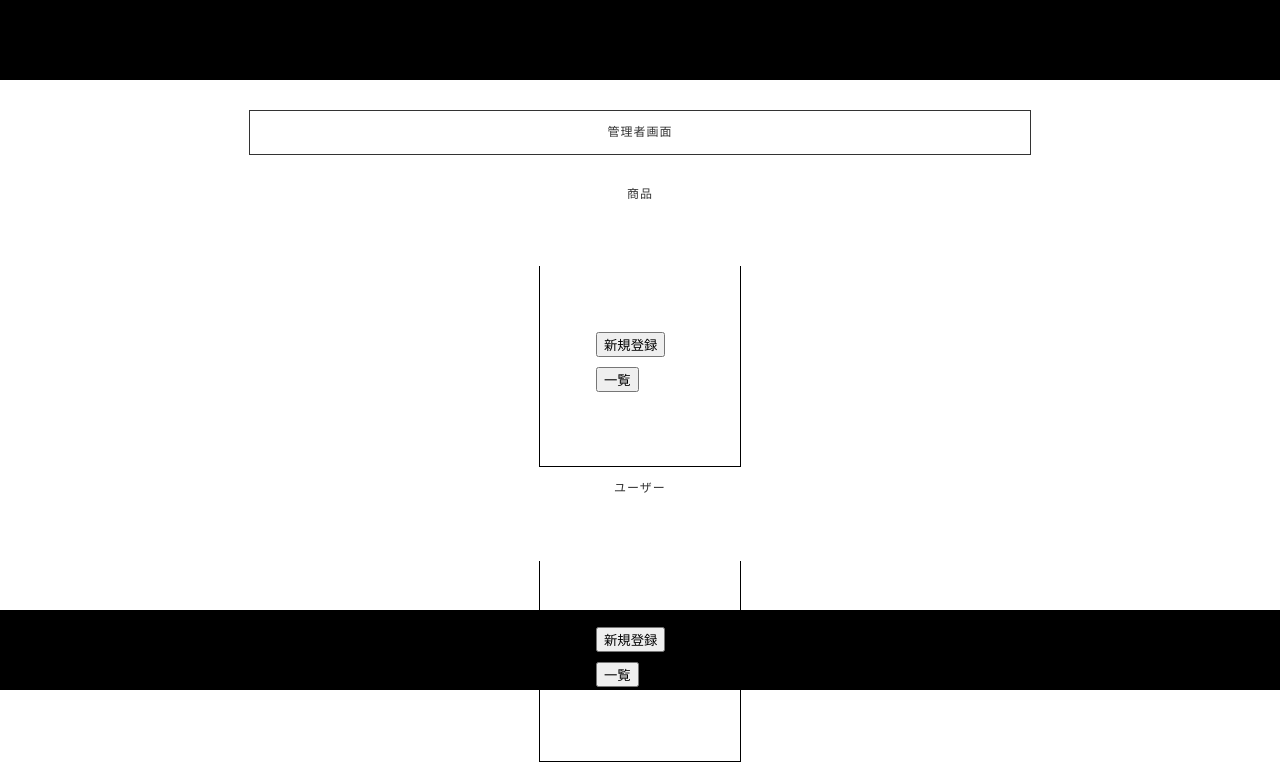
Repository: hiraide8/test
Page: http://localhost/ecsite/admin.jsp
The author's editor kept a copy of each file at every save. The page is drawn from the files as they stood at one save, then again after the next save.
The browser window is 1280 px wide. The pictures show the whole page.
The page is served by Tomcat 9.

Above is the page before, as saved 2019-01-23 11:45:50.

After the next save:
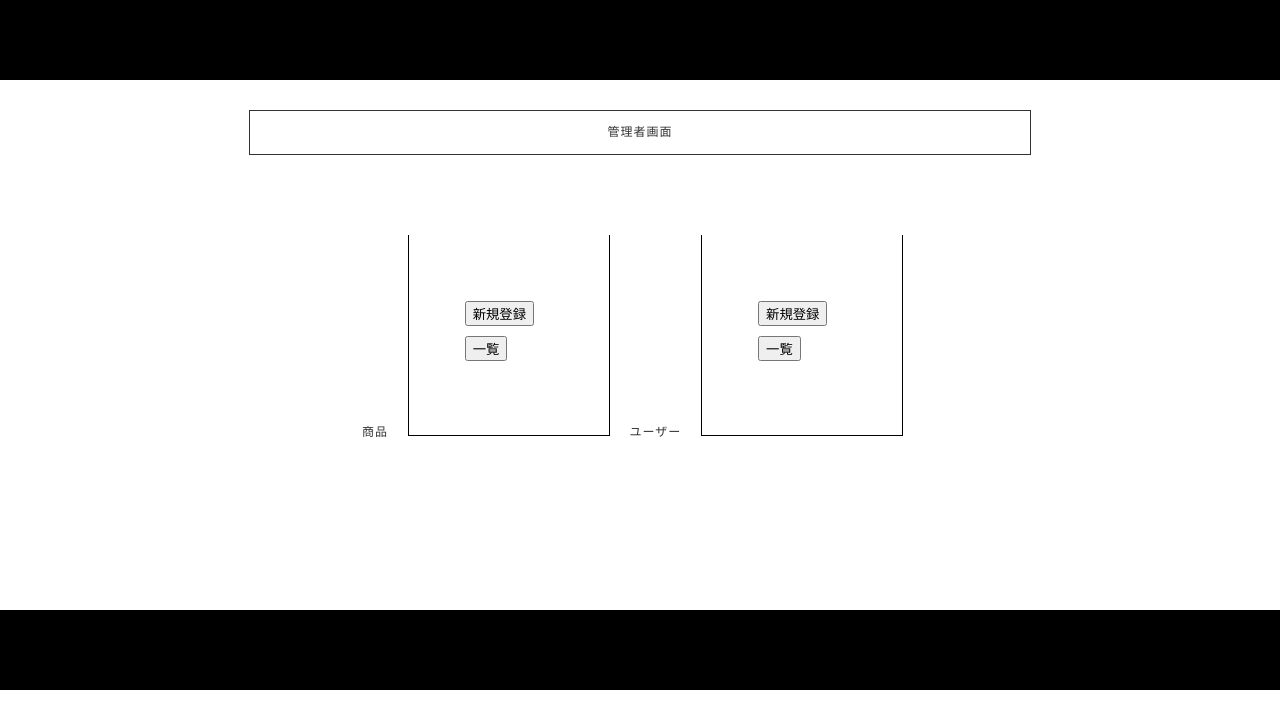
Saved 75 s later.
--- a/ecsite/WebContent/admin.jsp
+++ b/ecsite/WebContent/admin.jsp
@@ -74,7 +74,7 @@
                <div id="top">
                        <p>管理者画面</p>
                </div>
-               <p>商品</p>
+               商品
                <div class="aaa">
                        <table>
                        <tr>
@@ -93,7 +93,7 @@
                        </tr>
                        </table>
                </div>
-               <p>ユーザー</p>
+               ユーザー
                <div class="aaa">
                        <table>
                        <tr>
